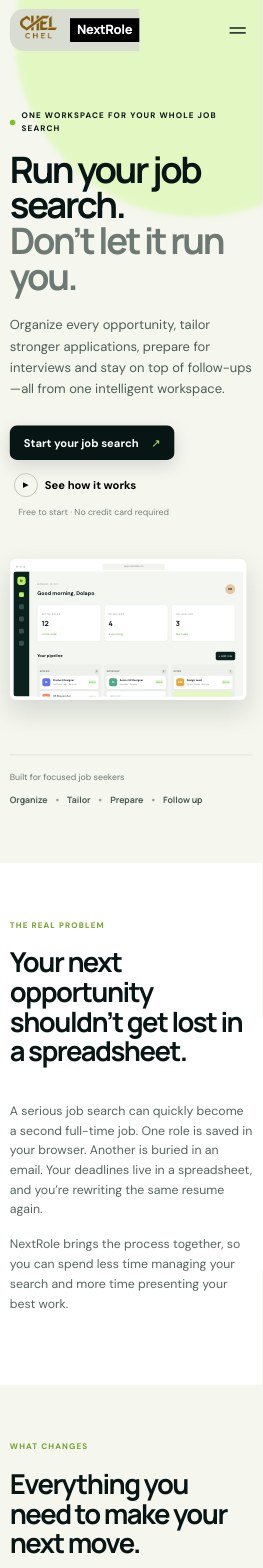
Repository: Lovethrech/NextRole-Nuxt-Portfolio
Page: /
The author's editor kept a copy of each file at every save. The page is drawn from the files as they stood at one save, then again after the next save.
The browser window is 375 px wide. The pictures show the part of the page from y = 0 to 2240 px (the page is 7375 px tall before and 7501 px after), at 70% of full size.
The project was rebuilt for these pictures with package versions that can differ from the ones it lists, and the page was loaded fresh each time. The framework's server and built-in components were replaced by stand-ins that run in the browser. Also part of the build but not shown: nuxt.config.js.

Above is the page before, as saved 2026-09-12 17:19:18.

### assets/css/main.css
:root{
    --ink:#071514;
    --deep:#0d2421;
    --green:#b9ef63;
    --mint:#ddffc8;
    --paper:#f5f6ee;
    --white:#fff;
    --line:#d9ddd1;
    --muted:#65706c;
    --orange:#ff8a61;
    --blue:#6579ff;
    font-family:'DM Sans',sans-serif;
    color:var(--ink);
    background:var(--paper);
    font-synthesis:none;
}
*{
    box-sizing:border-box;
}
html{
    scroll-behavior:smooth;
}
body{
    margin:0;
    padding: 0;
    background:var(--paper);
    font-size:16px;
    line-height:1.6;
}
button,a{
    font:inherit;
}
button{
    cursor:pointer;
}
a{
    color:inherit;
    text-decoration:none;
}
.container{
    width:min(1580px,calc(100% - 120px));
    margin-inline:auto;
}
.site-shell{
    overflow:hidden;
}
.nav-wrap{
    position:absolute;
    inset:0 0 auto;
    z-index:20;
}
.nav{
    height:86px;
    display:flex;
    align-items:center;
    justify-content:space-between;
}
/* BRAND LOGO */
/* START */
.brand-logo-ctn{
    width: 70px;
}
.brand-logo-ctn img{
    width:100%;
}
#brand-sub-name{
    margin:auto 0;
    padding:2px 10px;
    background-color: #000000;
    color:#ffffff;
}

/* END */
.brand{
    background-color: var(--line);
    padding: 8px 0 8px 6px;
    border-radius: 20px 0 0 20px;
    display:flex;
    align-items:center;
    gap:10px;
    font-family:Manrope,sans-serif;
    font-weight:800;
    font-size:1.15rem;
    letter-spacing:-.03em;
}
.nav-links{
    display:flex;
    align-items:center;
    gap:32px;
    font-weight:600;
    font-size:.9rem;
}
.nav-links>a{
    color:#33423f;
}
.button{
    border:0;
    display:inline-flex;
    align-items:center;
    justify-content:center;
    gap:18px;
    border-radius:10px;
    padding:15px 20px;
    font-weight:700;
    line-height:1.2;
    transition:transform .2s,box-shadow .2s;
}
.button:hover{
    transform:translateY(-2px);
}
.button-small{
    padding:11px 15px;
}
.button-ghost{
    border:1px solid #b9c0b5;
    background:transparent;
}
.button-primary{
    background:var(--ink);
    color:#fff;
    box-shadow:0 8px 24px #07151424;
}
.button-primary span,.button-light span{
    color:var(--green);
}
.button-light{
    background:#fff;
    color:var(--ink);
}
.menu-button{
    display:none;
}
.hero{
    min-height:880px;
    padding-top:178px;
    position:relative;
}
.hero:before{
    content:'';
    position:absolute;
    width:520px;
    height:520px;
    border-radius:50%;
    background:#dff8b9;
    filter:blur(4px);
    right:-180px;
    top:-210px;
    opacity:.8;
}
.hero-copy{
    width:56%;
    position:relative;
    z-index:2;
}
.eyebrow,.section-kicker{
    font-size:.72rem;
    font-weight:800;
    letter-spacing:.14em;
    text-transform:uppercase;
    display:flex;
    align-items:center;
    gap:9px;
}
.eyebrow span{
    width:8px;
    height:8px;
    border-radius:50%;
    background:#75c525;
}
.hero h1{
    font-family:Manrope,sans-serif;
    font-size:clamp(3.4rem,4.5vw,6.15rem);
    line-height:.98;
    letter-spacing:-.065em;
    margin:24px 0 28px;
    font-weight:700;
}
.hero h1 em{
    font-style:normal;
    color:#6d7a74;
}
.hero-lede{
    font-size:1.16rem;
    line-height:1.65;
    color:#4e5d58;
    max-width:630px;
}
.hero-actions{
    display:flex;
    align-items:center;
    gap:28px;
    margin-top:36px;
}
.text-link{
    border:0;
    background:none;
    font-weight:700;
    display:flex;
    align-items:center;
    gap:10px;
}
.play{
    border:1px solid #aeb6ac;
    border-radius:50%;
    width:34px;
    height:34px;
    display:grid;
    place-items:center;
    font-size:.65rem;
}
.microcopy{
    font-size:.78rem;
    color:#77817d;
    margin:12px 0 0 12px;
}
.dashboard-frame{
    position:absolute;
    z-index:3;
    width:560px;
    right: 4vh;
    top:220px;
    background:#fff;
    padding:10px;
    border-radius:18px;
    box-shadow:0 35px 80px #0c2b2226;
    transform:rotate(-1.3deg);
    border:1px solid #e5e9df;
}
.frame-bar{
    height:28px;
    display:flex;
    align-items:center;
    gap:5px;
    padding:0 8px;
}
.frame-bar span{
    width:6px;
    height:6px;
    background:#cad0c7;
    border-radius:50%;
}
.frame-bar p{
    font-size:.52rem;
    background:#f2f4ef;
    color:#8b948f;
    padding:2px 65px;
    border-radius:4px;
    margin:auto;
}
.dash{
    height:380px;
    display:flex;
    background:#f4f6f1;
    border-radius:10px;
    overflow:hidden
}
.dash-side{
    width:52px;
    background:#0b211e;
    display:flex;
    flex-direction:column;
    align-items:center;
    gap:22px;
    padding-top:16px;
}
.mini-brand{
    width:25px;
    height:25px;
    border-radius:7px;
    background:var(--green);
    display:grid;
    place-items:center;
    font-size:.65rem;
}
.dash-side i{
    width:15px;
    height:15px;
    border-radius:4px;
    background:#33514b;
}
.dash-side i.active{
    background:var(--green);
}
.dash-main{
    padding:24px;
    width:100%;
}
.dash-top{
    display:flex;
    justify-content:space-between;
    align-items:center;
}
.dash-top small,.stat-grid small{
    font-size:.45rem;
    letter-spacing:.11em;
    color:#88918d;
}
.dash-top h3{
    font-size:1rem;
    margin:4px 0;
}
.avatar{
    width:30px;
    height:30px;
    border-radius:50%;
    background:#e4c6a5;
    display:grid;
    place-items:center;
    font-size:.55rem;
    font-weight:800;
}
.stat-grid{
    display:grid;
    grid-template-columns:repeat(3,1fr);
    gap:10px;
    margin:18px 0
}
.stat-grid>div{
    padding:12px;
    border-radius:8px;
    background:#fff;
    border:1px solid #e4e8e1;
}
.stat-grid strong{
    display:block;
    font-family:Manrope;
    font-size:1.35rem;
}
.stat-grid span{
    font-size:.5rem;
    color:#59a733;
}
.pipeline-head{
    display:flex;
    justify-content:space-between;
    align-items:center;
}
.pipeline-head h4{
    font-size:.76rem;
}
.pipeline-head button{
    font-size:.55rem;
    border:0;
    background:#0b211e;
    color:white;
    padding:6px 9px;
    border-radius:5px;
}
.pipeline{
    display:grid;
    grid-template-columns:repeat(3,1fr);
    gap:8px;
}
.lane{
    background:#edf0eb;border-radius:7px;padding:8px}.lane>p{font-size:.45rem;font-weight:800;color:#6b7570
}
.lane>p b{
    float:right;
    background:#dce2da;
    padding:1px 4px;
    border-radius:3px;
}
.lane article{
    background:#fff;
    padding:8px;
    margin-top:7px;
    border-radius:6px;
    display:grid;
    grid-template-columns:26px 1fr auto;
    gap:6px;
    align-items:center;
    box-shadow:0 2px 7px #1933290b;
}
.company-icon{width:24px;height:24px;display:grid;place-items:center;border-radius:6px;font-size:.5rem;font-weight:800;color:white;
}.cobalt{background:#5f73ed;
}.coral{background:#ff8567;
}.mint{background:#4fa884;
}.gold{background:#e5a83a;
}.lane article strong{font-size:.48rem;display:block;
}.lane article small{font-size:.4rem;color:#7f8984;display:block;
}.lane article mark{font-size:.38rem;background:#e5f8d7;color:#55982d;border-radius:3px;padding:2px;
}.lane article.task,.lane article.celebrate{display:block;padding:10px;
}.lane .task span{font-size:.42rem;color:#dd6d49;
}.lane .celebrate{background:#e4f8bf;
}.lane .celebrate>span{font-size:.9rem;color:#62a329;
}
.hero-proof{
    position:absolute;
    bottom:56px;
    left:0;
    right:0;
    border-top:1px solid var(--line);
    padding-top:22px;
    display:flex;
    justify-content:space-between;
    color:#6d7873;
    font-size:.78rem;
}
.hero-proof p{display:flex;align-items:center;gap:24px;margin:0;
}
.hero-proof b{font-family:Manrope;color:#4a5853;
}
.hero-proof i{width:4px;height:4px;background:#9aa49f;border-radius:50%;
}
.problem-section{background:#fff;padding:115px 0;
}
.problem-grid{display:grid;grid-template-columns:1.1fr .9fr;gap:120px;
}
.section-kicker{color:#71a22a;margin:0 0 22px;
}
.problem-grid h2,.section-heading h2,.how-copy h2,.control-copy h2,.faq h2,.final-cta h2{font-family:Manrope;font-size:clamp(2.3rem,4.3vw,4.5rem);line-height:1.08;letter-spacing:-.055em;margin:0;
}
.problem-copy{font-size:1.1rem;color:#58645f;
}
.problem-copy p{margin:0 0 22px;
}
.features{padding:120px 0;
}
.section-heading{display:flex;justify-content:space-between;align-items:end;margin-bottom:55px;
}
.section-heading h2{max-width:710px;
}
.section-heading>p{max-width:310px;color:#65706c;
}
.benefit-grid{
    display:grid;
    grid-template-columns:repeat(2,1fr);
    border-top:1px solid #cfd5cb;
    border-left:1px solid #cfd5cb;
}
.benefit-card{min-height:315px;
    padding:42px;
    border-right:1px solid #cfd5cb;
    border-bottom:1px solid #cfd5cb;
    position:relative;
    transition:background .25s,transform .25s;
}
.benefit-card:hover{background:#fff;transform:translateY(-3px);
}
.benefit-card>span{font-family:Manrope;font-size:.75rem;color:#89928e;
}
.benefit-card h3{font-family:Manrope;font-size:1.65rem;letter-spacing:-.035em;margin:28px 0 12px;
}
.benefit-card p{color:#65706c;max-width:440px;
}
.benefit-card strong{position:absolute;bottom:38px;color:#3f6c18;font-size:.85rem;
}
.how-section{background:var(--deep);color:#fff;padding:120px 0;
}
.how-grid{display:grid;grid-template-columns:.85fr 1.15fr;gap:130px;
}
.section-kicker.light{color:var(--green);
}
.how-copy>p:not(.section-kicker){color:#afbfba;font-size:1.05rem;max-width:430px;margin:26px 0 36px;
}
.steps{list-style:none;padding:0;margin:0;
}
.steps li{display:grid;grid-template-columns:60px 1fr;gap:20px;border-top:1px solid #35504b;padding:27px 0;
}
.steps li:last-child{border-bottom:1px solid #35504b;
}
.steps>li>span{color:var(--green);font:700 .75rem Manrope;
}
.steps h3{font:700 1.25rem Manrope;margin:0 0 6px;
}
.steps p{color:#9fb1ab;margin:0;
}
.control{padding:120px 0;
}
.control-card{background:#fff;border-radius:24px;display:grid;grid-template-columns:1fr 1fr;overflow:hidden;box-shadow:0 22px 60px #1a35250c;
}
.control-visual{background:#dff3bf;min-height:560px;display:grid;place-items:center;padding:50px;
}
.document{width:330px;background:white;border-radius:12px;padding:32px;box-shadow:0 25px 50px #4167222c;transform:rotate(-2deg);
}
.doc-label{font-size:.55rem;letter-spacing:.14em;font-weight:800;
}
.document>i{height:7px;background:#e6eae3;border-radius:4px;display:block;margin-top:17px;
}
.document>i.short{width:60%;
}
.document>i.medium{width:80%;
}
.suggestion{display:flex;gap:12px;background:#f3fae9;border:1px solid #cce9a6;padding:14px;border-radius:8px;margin:22px -12px;
}
.suggestion b{color:#599825;
}
.suggestion p{margin:0;
}
.suggestion strong{font-size:.72rem;display:block;
}
.suggestion small{font-size:.6rem;color:#6c776f;
}
.control-copy{padding:70px;display:flex;flex-direction:column;justify-content:center;
}
.control-copy>p:not(.section-kicker){color:#66716c;font-size:1.05rem;
}
.control-copy ul{list-style:none;padding:0;margin:18px 0 0;
}
.control-copy li{padding:12px 0;border-top:1px solid #e4e8e0;font-weight:600;
}
.control-copy li:before{content:'✓';display:inline-grid;place-items:center;margin-right:12px;width:23px;height:23px;border-radius:50%;background:#e5f7cd;color:#4e861e;font-size:.75rem;
}
.faq{padding:40px 0 120px;display:grid;grid-template-columns:.75fr 1.25fr;gap:120px;
}
.faq h2{font-size:3.2rem;
}
.accordion details{border-top:1px solid #cdd3ca;padding:24px 0;
}
.accordion details:last-child{border-bottom:1px solid #cdd3ca;
}
.accordion summary{list-style:none;font:700 1.05rem Manrope;display:flex;justify-content:space-between;cursor:pointer;
}
.accordion summary::-webkit-details-marker{display:none;
}
.accordion summary span{font-size:1.4rem;font-weight:400;
}
.accordion details[open] summary span{transform:rotate(45deg);
}
.accordion details p{color:#64706a;max-width:620px;margin:16px 40px 0 0;
}
.final-cta{background:#102c28;color:#fff;border-radius:28px;min-height:500px;padding:75px;display:grid;grid-template-columns:1.1fr .9fr;align-items:center;position:relative;overflow:hidden;
}
.final-cta h2{max-width:700px;
}
.final-cta p{color:#b2c0bc;
}
.final-cta small{display:block;color:#8ca19b;margin:12px;
}
.final-cta .button{margin-top:15px;
}
.orbit{height:350px;position:relative;display:grid;place-items:center;
}
.orbit span{position:absolute;border:1px solid #54716a;border-radius:50%;
}
.orbit-one{width:290px;height:290px;
}
.orbit-two{width:200px;height:200px;
}
.orbit b{width:95px;height:95px;border-radius:26px;background:var(--green);color:var(--deep);display:grid;place-items:center;font:800 2.2rem Manrope;box-shadow:0 0 70px #b9ef6352;
}
.footer{min-height:140px;display:flex;align-items:center;justify-content:space-between;gap:30px;font-size:.75rem;color:#79827e;
}
.footer p{max-width:480px;text-align:center;
}
.modal-backdrop{position:fixed;inset:0;background:#061411cc;backdrop-filter:blur(8px);z-index:50;display:grid;place-items:center;padding:20px;
}
.modal{width:min(550px,100%);background:var(--paper);border-radius:22px;padding:44px;position:relative;
}
.modal h2{font:700 2.25rem/1.1 Manrope;letter-spacing:-.05em;margin:0;
}
.modal>p:not(.section-kicker){color:#63706a;
}
.modal-close{position:absolute;right:20px;top:15px;border:0;background:none;font-size:2rem;
}
.modal-list{margin:28px 0;
}
.modal-list>span{float:left;color:#6b9c2a;font:bold .7rem Manrope;margin-top:5px;
}
.modal-list p{margin:0 0 18px 35px;
}
.modal-list b,.modal-list small{display:block;
}
.modal-list small{color:#68746e;
}
.fade-enter-active,.fade-leave-active{transition:opacity .2s;
}
.fade-enter-from,.fade-leave-to{opacity:0;
}

@media(max-width:1180px){
    .nav-wrap{position:absolute;
    }
    .menu-button{display:flex;flex-direction:column;gap:5px;border:0;background:none;padding:10px;
    }
    .menu-button span{width:23px;height:2px;background:var(--ink);
    }
    .nav-links{display:none;position:absolute;top:72px;left:20px;right:20px;background:white;padding:24px;border-radius:14px;box-shadow:0 20px 50px #172c2424;flex-direction:column;align-items:stretch;
    }
    .nav-links.open{display:flex;
    }
    .hero{padding-top:145px;min-height:auto;padding-bottom:80px;
    }
    .hero-copy{width:100%;
    }
    .hero h1{font-size:clamp(3rem,11vw,5rem);
    }
    .dashboard-frame{position:relative;top:auto;right:auto;width:100%;margin-top:55px;transform:none;
    }
    .hero-proof{position:relative;bottom:auto;margin-top:50px;
    }
    .problem-grid,.how-grid,.faq{grid-template-columns:1fr;gap:50px;
    }
    .section-heading{display:block;
    }
    .control-card{grid-template-columns:1fr;
    }
    .control-visual{min-height:420px;
    }
    .final-cta{grid-template-columns:1fr;
    }
    .orbit{display:none;
    }
    .footer{flex-direction:column;text-align:center;padding:50px 0;
    }
}

@media(max-width:600px){
    .container{width:min(100% - 28px,1180px);
    }
    .hero h1{font-size:3.25rem;
    }
    .hero-actions{align-items:flex-start;flex-direction:column;gap:18px;
    }
    .dashboard-frame{width:720px;transform:scale(.47);transform-origin:top left;margin-bottom:-200px;
    }
    .hero-proof{display:block;
    }
    .hero-proof p{margin-top:12px;gap:12px;flex-wrap:wrap;
    }
    .problem-section,.features,.how-section,.control{padding:80px 0;
    }
    .problem-grid h2,.section-heading h2,.how-copy h2,.control-copy h2,.faq h2,.final-cta h2{font-size:2.45rem;
    }
    .benefit-card{padding:28px;min-height:300px;
    }
    .how-grid{gap:55px;
    }
    .control-visual{padding:30px;min-height:380px;
    }
    .document{width:280px;
    }
    .control-copy{padding:38px 28px;
    }
    .faq{padding:10px 0 80px;gap:40px;
    }
    .final-cta{padding:48px 26px;min-height:520px;border-radius:20px;
    }
    .footer{align-items:center;
    }
    .modal{padding:36px 24px;
    }
    .modal h2{font-size:2rem;
    }
}

### app.vue
<script setup>
import { ref } from 'vue'

const mobileOpen = ref(false)
const demoOpen = ref(false)

const benefits = [
  { number: '01', title: 'Keep every opportunity organized', text: 'Save roles, deadlines, salary ranges, contacts and notes in one calm, searchable workspace.', outcome: 'Know what needs your attention next.' },
  { number: '02', title: 'Tailor without starting over', text: 'Compare your experience with each role and build a focused application draft for your review.', outcome: 'Create relevant applications, faster.' },
  { number: '03', title: 'Prepare with real confidence', text: 'Turn job requirements into practice questions and connect them to examples from your experience.', outcome: 'Arrive ready to tell your story.' },
  { number: '04', title: 'Never miss a follow-up', text: 'Set reminders for recruiter replies, interviews, thank-you notes and application deadlines.', outcome: 'Stay consistent without relying on memory.' }
]

const steps = [
  ['Save the opportunity', 'Keep the role, company, deadline and job description together.'],
  ['Review your fit', 'See where your verified skills and experience meet the requirements.'],
  ['Prepare your application', 'Create a tailored resume draft, cover letter and checklist.'],
  ['Track what happens next', 'Record interviews, schedule follow-ups and move each role forward.']
]

const faqs = [
  ['Does NextRole apply for jobs automatically?', 'No. NextRole helps you research, prepare, organize and track applications. You decide what gets submitted.'],
  ['Will it invent skills or experience?', 'No. NextRole works with the information you provide. You review every suggestion before using it.'],
  ['Can I manage several applications?', 'Yes. Organize opportunities by stage, deadline, company and priority from one dashboard.'],
  ['Do I need to replace my current resume?', 'No. Upload your existing resume and use it as the foundation for role-specific drafts.']
]
</script>

<template>
  <div class="site-shell">
    <header class="nav-wrap">
      <nav class="nav container" aria-label="Primary navigation">
        <a class="brand" href="#top" aria-label="NextRole home">
          <span class="brand-logo-ctn">
            <img src="./assets/ChelLogoImg.png" alt="Chel Brand Logo" class="brand-logo"/>
          </span>
          <span id="brand-sub-name">NextRole</span>
        </a>
        <button class="menu-button" type="button" :aria-expanded="mobileOpen" aria-label="Toggle menu" @click="mobileOpen = !mobileOpen"><span></span><span></span></button>
        <div class="nav-links" :class="{ open: mobileOpen }">
          <a href="#features" @click="mobileOpen = false">Features</a>
          <a href="#how" @click="mobileOpen = false">How it works</a>
          <a href="#faq" @click="mobileOpen = false">FAQ</a>
          <button class="button button-small button-ghost" @click="demoOpen = true">See the workspace</button>
        </div>
      </nav>
    </header>

    <main id="top">
      <section class="hero container">
        <div class="hero-copy">
          <p class="eyebrow"><span></span>One workspace for your whole job search</p>
          <h1>Run your job search.<br><em>Don’t let it run you.</em></h1>
          <p class="hero-lede">Organize every opportunity, tailor stronger applications, prepare for interviews and stay on top of follow-ups—all from one intelligent workspace.</p>
          <div class="hero-actions">
            <a class="button button-primary" href="#cta">Start your job search <span>↗</span></a>
            <button class="text-link" @click="demoOpen = true"><span class="play">▶</span> See how it works</button>
          </div>
          <p class="microcopy">Free to start · No credit card required</p>
        </div>

        <div class="dashboard-frame" aria-label="NextRole application dashboard preview">
          <div class="frame-bar"><span></span><span></span><span></span><p>app.nextrole.co</p></div>
          <div class="dash">
            <aside class="dash-side">
              <div class="mini-brand"><b>N</b></div>
              <i class="active"></i><i></i><i></i><i></i><i></i>
            </aside>
            <div class="dash-main">
              <div class="dash-top"><div><small>MONDAY, 14 OCT</small><h3>Good morning, Dolapo</h3></div><span class="avatar">DR</span></div>
              <div class="stat-grid">
                <div><small>ACTIVE ROLES</small><strong>12</strong><span>+3 this week</span></div>
                <div><small>INTERVIEWS</small><strong>4</strong><span>2 upcoming</span></div>
                <div><small>FOLLOW-UPS</small><strong>3</strong><span>Due today</span></div>
              </div>
              <div class="pipeline-head"><h4>Your pipeline</h4><button>+ Add role</button></div>
              <div class="pipeline">
                <div class="lane"><p>APPLIED <b>3</b></p><article><span class="company-icon cobalt">NL</span><div><strong>Product Designer</strong><small>Northstar Labs · Remote</small></div><mark>86% fit</mark></article><article><span class="company-icon coral">B</span><div><strong>UX Researcher</strong><small>Brightline · London</small></div><mark>78% fit</mark></article></div>
                <div class="lane"><p>INTERVIEW <b>2</b></p><article><span class="company-icon mint">M</span><div><strong>Senior UX Designer</strong><small>Meridian · Remote</small></div><mark>92% fit</mark></article><article class="task"><small>NEXT STEP</small><strong>Prepare portfolio walkthrough</strong><span>Tomorrow · 10:30</span></article></div>
                <div class="lane"><p>OFFER <b>1</b></p><article><span class="company-icon gold">KW</span><div><strong>Design Lead</strong><small>Kinetic Works · Remote</small></div><mark>90% fit</mark></article><article class="celebrate"><span>✦</span><strong>You’re close.</strong><small>Review your notes before Friday.</small></article></div>
              </div>
            </div>
          </div>
        </div>
        <div class="hero-proof"><span>Built for focused job seekers</span><p><b>Organize</b><i></i><b>Tailor</b><i></i><b>Prepare</b><i></i><b>Follow up</b></p></div>
      </section>

      <section class="problem-section">
        <div class="container problem-grid">
          <div><p class="section-kicker">THE REAL PROBLEM</p><h2>Your next opportunity shouldn’t get lost in a spreadsheet.</h2></div>
          <div class="problem-copy"><p>A serious job search can quickly become a second full-time job. One role is saved in your browser. Another is buried in an email. Your deadlines live in a spreadsheet, and you’re rewriting the same resume again.</p><p>NextRole brings the process together, so you can spend less time managing your search and more time presenting your best work.</p></div>
        </div>
      </section>

      <section id="features" class="features container">
        <p class="section-kicker">WHAT CHANGES</p>
        <div class="section-heading">
          <h2>
            Everything you need to make your next move.
          </h2>
          <p>Not more tabs. Not more noise. Just the right tools, in the right order.</p></div>
        <div class="benefit-grid">
          <article v-for="item in benefits" :key="item.number" class="benefit-card">
            <span>{{ item.number }}</span><h3>{{ item.title }}</h3><p>{{ item.text }}</p><strong>→ {{ item.outcome }}</strong>
          </article>
        </div>
      </section>

      <section id="how" class="how-section">
        <div class="container how-grid">
          <div class="how-copy"><p class="section-kicker light">A CLEARER WAY FORWARD</p><h2>From interesting role to focused application.</h2><p>NextRole gives every opportunity a simple path, while keeping you in control of every decision.</p><button class="button button-light" @click="demoOpen = true">Explore the workspace <span>↗</span></button></div>
          <ol class="steps">
            <li v-for="(step, index) in steps" :key="step[0]"><span>0{{ index + 1 }}</span><div><h3>{{ step[0] }}</h3><p>{{ step[1] }}</p></div></li>
          </ol>
        </div>
      </section>

      <section class="control container">
        <div class="control-card">
          <div class="control-visual"><div class="document"><span class="doc-label">APPLICATION DRAFT</span><i></i><i></i><i class="short"></i><div class="suggestion"><b>✦</b><p><strong>Keep this grounded</strong><small>Use your verified experience only.</small></p></div><i></i><i class="medium"></i></div></div>
          <div class="control-copy"><p class="section-kicker">AI, WITH YOU IN CONTROL</p><h2>Your application should still sound like you.</h2><p>NextRole helps organize information, identify relevant experience and produce useful first drafts. You review every word and decide what gets submitted.</p><ul><li>Uses only experience you provide</li><li>Shows suggestions—not silent changes</li><li>Keeps final approval in your hands</li></ul></div>
        </div>
      </section>

      <section id="faq" class="faq container">
        <div><p class="section-kicker">COMMON QUESTIONS</p><h2>A little clarity before you begin.</h2></div>
        <div class="accordion">
          <details v-for="(faq, index) in faqs" :key="faq[0]" :open="index === 0"><summary>{{ faq[0] }}<span>+</span></summary><p>{{ faq[1] }}</p></details>
        </div>
      </section>

      <section id="cta" class="final-cta container">
        <div><p class="section-kicker light">YOUR NEXT MOVE</p><h2>Make your next application your most focused one.</h2><p>Bring your opportunities, materials, interview prep and follow-ups together.</p><a class="button button-light" href="#top">Start your job search <span>↗</span></a><small>Free to start · No credit card required</small></div>
        <div class="orbit" aria-hidden="true"><span class="orbit-one"></span><span class="orbit-two"></span><b>N</b></div>
      </section>
    </main>

    <footer class="footer container">
      <a class="brand" href="#top" aria-label="NextRole home">
        <span class="brand-logo-ctn">
          <img src="./assets/ChelLogoImg.png" alt="Chel Brand Logo" class="brand-logo"/>
        </span>
        <span id="brand-sub-name">NextRole</span>
      </a>
      <p>Fictional SaaS concept created to demonstrate conversion copywriting, UX design and Nuxt development.</p>
      <span>© 2026 Concept project</span></footer>

    <Transition name="fade"><div v-if="demoOpen" class="modal-backdrop" @click.self="demoOpen = false"><section class="modal" role="dialog" aria-modal="true" aria-labelledby="demo-title"><button class="modal-close" aria-label="Close" @click="demoOpen = false">×</button><p class="section-kicker">WORKSPACE PREVIEW</p><h2 id="demo-title">One calm place for every next step.</h2><p>This portfolio concept demonstrates the product’s messaging and interface direction. No personal information is collected.</p><div class="modal-list"><span>01</span><p><b>Save a role</b><small>Capture everything important in one place.</small></p><span>02</span><p><b>Tailor your materials</b><small>Start from your verified experience.</small></p><span>03</span><p><b>Keep moving</b><small>Follow the next action, not the noise.</small></p></div><button class="button button-primary" @click="demoOpen = false">Got it</button></section></div></Transition>
  </div>
</template>

After the next save:
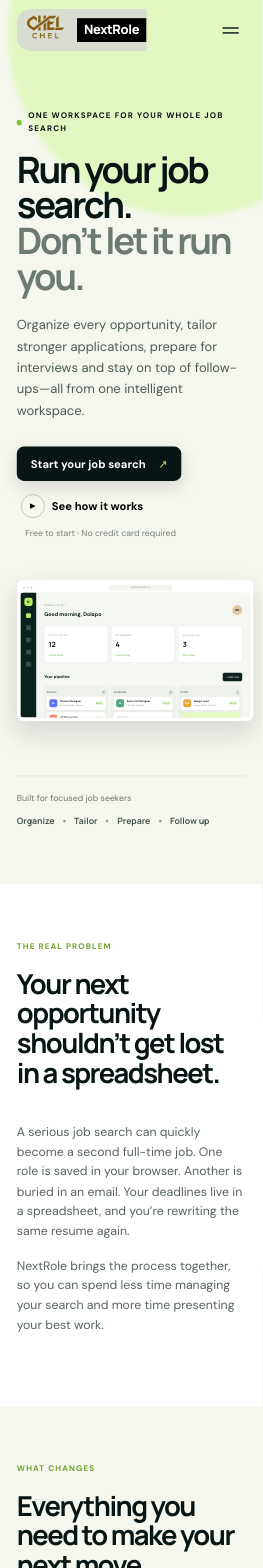
Saved 44 s later.
--- a/assets/css/main.css
+++ b/assets/css/main.css
@@ -606,7 +606,7 @@
 }
 
 @media(max-width:600px){
-    .container{width:min(100% - 28px,1180px);
+    .container{width:min(100% - 48px,1180px);
     }
     .hero h1{font-size:3.25rem;
     }
